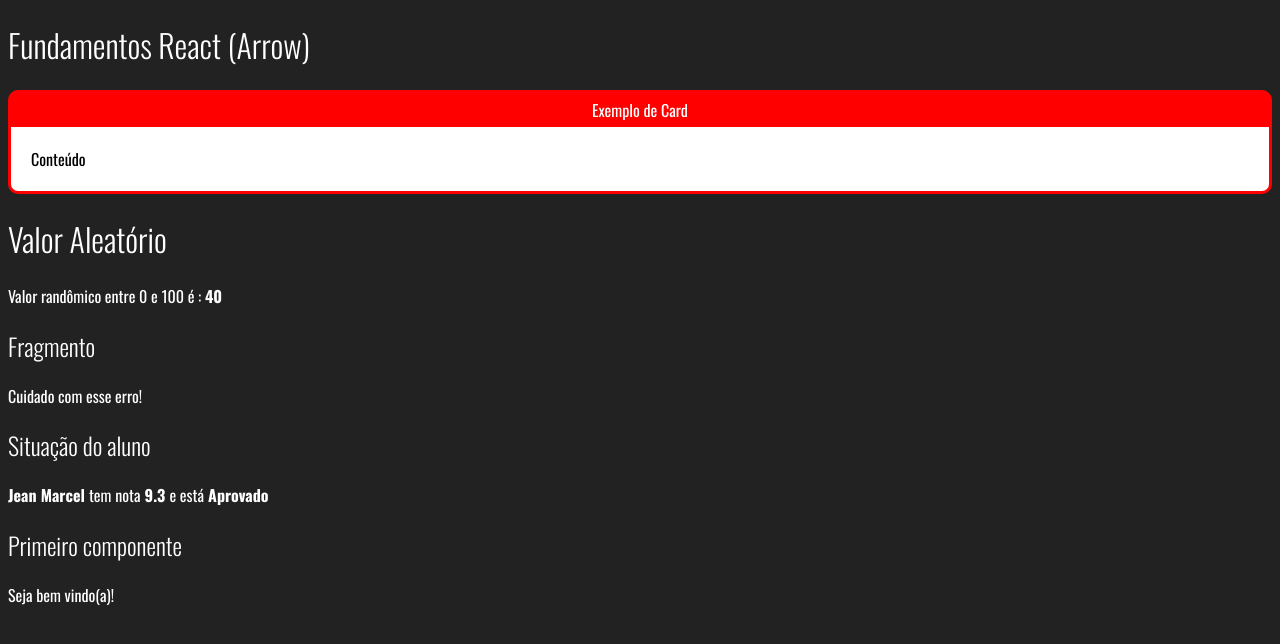
Repository: jean-siqueira/fundamentos-react
Page: /
These files come from the project's save history. The page is drawn as it stood at one moment and after the next save; the edit follows.
The browser window is 1280 px wide. The pictures show the whole page.
The project was rebuilt for these pictures with package versions that can differ from the ones it lists, and the page was loaded fresh each time.

Above is the page before, as saved 2023-03-04 12:08:32.

### public/index.html
<!DOCTYPE html>
<html lang="en">
  <head>
    <meta charset="utf-8" />
    <link rel="icon" href="%PUBLIC_URL%/favicon.ico" />
    <meta name="viewport" content="width=device-width, initial-scale=1" />
    <meta name="theme-color" content="#000000" />
    <meta
      name="description"
      content="Web site created using create-react-app"
    />
    <link rel="apple-touch-icon" href="%PUBLIC_URL%/logo192.png" />
    <link rel="manifest" href="%PUBLIC_URL%/manifest.json" />
    <link rel="preconnect" href="https://fonts.googleapis.com">
<link rel="preconnect" href="https://fonts.gstatic.com" crossorigin>
<link href="https://fonts.googleapis.com/css2?family=Oswald:wght@200;300;400;500;600;700&display=swap" rel="stylesheet">
    <title>React App</title>
  </head>
  <body>
    <noscript>You need to enable JavaScript to run this app.</noscript>
    <div id="root"></div>
  </body>
</html>

### src/index.js
import "./index.css";
import ReactDOM from "react-dom";
import React from "react";

import App from "./App";

const tag = <strong>Olá React</strong>;

ReactDOM.render(<App />, document.getElementById("root"));

### src/index.css
body {
    font-family: Oswald;
    background-color: #222;
    color: #fff;
}

h1, h2, h3 {
    font-weight: 300;
}

### src/App.jsx
import React from "react";

import Card from "./components/layout/Card";
import Primeiro from "./components/basicos/Primeiro";
import ComParametro from "./components/basicos/ComParametro";
import Fragmento from "./components/basicos/Fragmento";
import Aleatorio from "./components/basicos/Aleatorio";

export default (_) => (
  <div id="app">
    <h1>Fundamentos React (Arrow)</h1>

<Card titulo="Exemplo de Card"/>

    <Aleatorio min={0} max={100}/>
    <Fragmento />
    <ComParametro titulo="Situação do aluno" aluno="Jean Marcel" nota={9.3} />
    <Primeiro></Primeiro>
  </div>
);

### src/components/layout/Card.jsx
import React from "react";
import "./Card.css";

export default props => {
    return (
        <div className="Card">
            <div className="Title">{props.titulo}</div>
            <div className="Content">Conteúdo</div>
        </div>
    )
}

### src/components/basicos/Primeiro.js

import React from "react"

export default function Primeiro() {

    const msg = 'Seja bem vindo(a)!'

    return (
        <div>
            <h2>Primeiro componente</h2>
            <p>  {msg} </p>
        </div>
    )

}

### src/components/basicos/ComParametro.jsx
import React from "react";

export default function ComParametro(props) {
  const status = props.nota >= 7 ? "Aprovado" : "Recuperação";
  return (
    <div>
      <h2>{props.titulo}</h2>
      <p>
        <strong>{props.aluno} </strong>
        tem nota
        <strong> {props.nota} </strong>e está
        <strong> {status}</strong>
      </p>
    </div>
  );
}

### src/components/basicos/Fragmento.jsx
import React from "react";

export default function Fragmento(props) {
  return (
    <>
      <h2>Fragmento</h2>
      <p>Cuidado com esse erro!</p>
    </>
  );
}

### src/components/basicos/Aleatorio.jsx
import React from "react";

export default (props) => {
  const { min, max } = props;

  const valorRandomico = parseInt(Math.random() * (max - min)) + min;

  return (
    <div>
      <h1>Valor Aleatório</h1>
      <p>
        Valor randômico entre {min} e {max} é :{" "}
        <strong>{valorRandomico}</strong>
      </p>
    </div>
  );
};

### src/components/layout/Card.css
.Card {
  background-color: red;
  border-radius: 10px;
  overflow: hidden;
  border: 3px solid red;
}

.Card .Title {
  padding: 5px 0px;
  display: flex;
  justify-content: center;
}

.Card .Content {
  background-color: #fff;
  color: #000;
  padding: 20px;
}

After the next save:
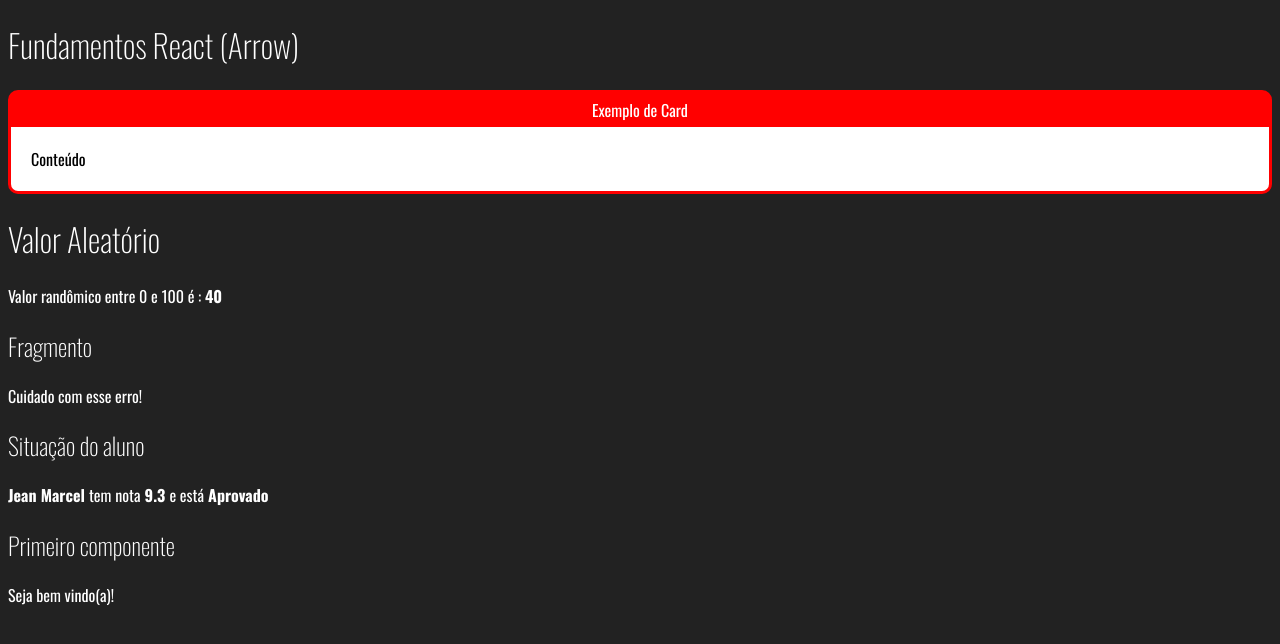
Saved 7 s later.
--- a/src/index.css
+++ b/src/index.css
@@ -5,5 +5,5 @@ body {
 }
 
 h1, h2, h3 {
-    font-weight: 300;
+    font-weight: 200;
 }
